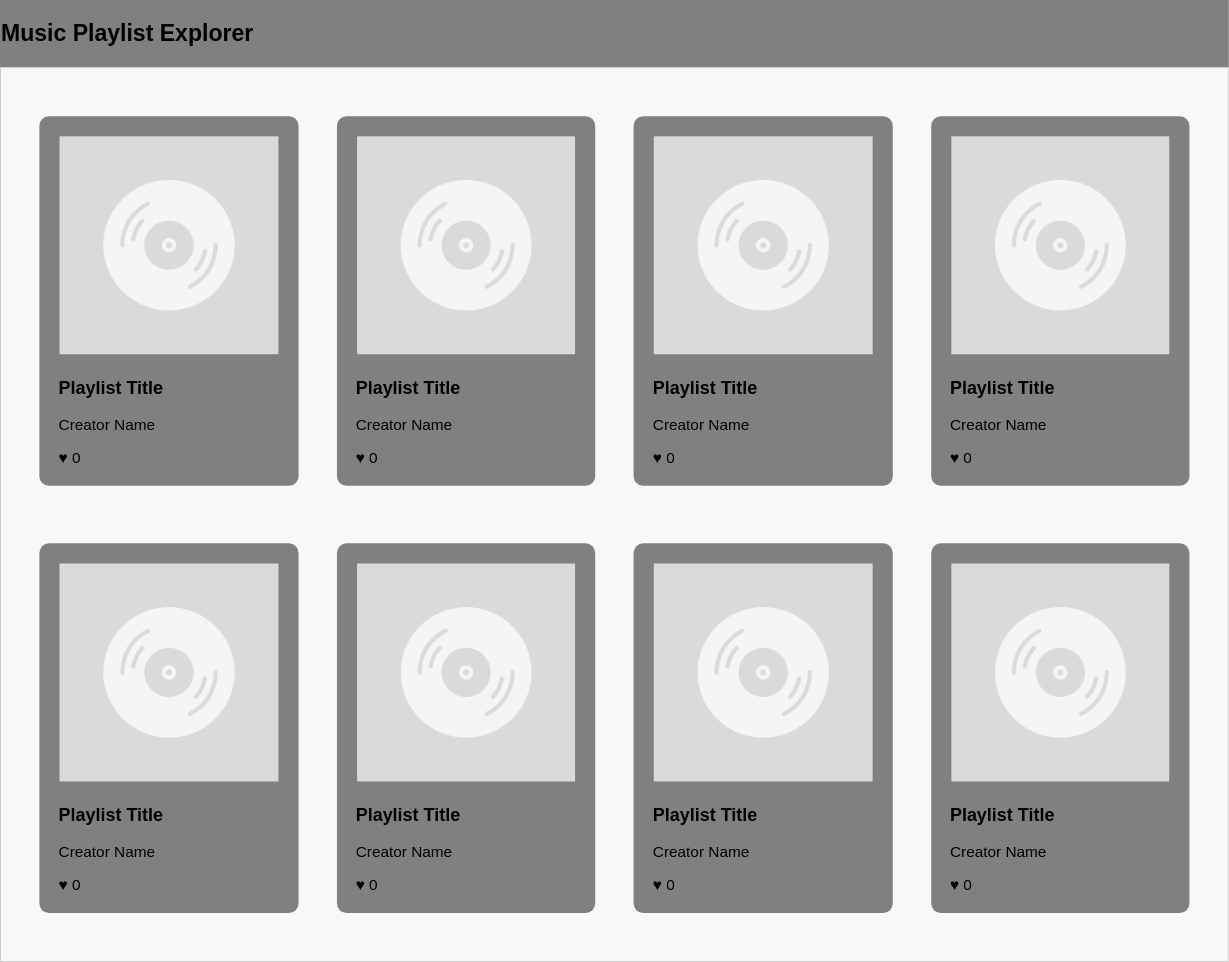
Repository: valentinaarojas/music-player-explorer
Page: index.html
The author's editor kept a copy of each file at every save. The page is drawn from the files as they stood at one save, then again after the next save.
The browser window is 1280 px wide. The pictures show the whole page, at 96% of full size.

Above is the page before, as saved 2025-02-18 18:46:53.
Console error: SyntaxError: Unexpected token '{'

After the next save:
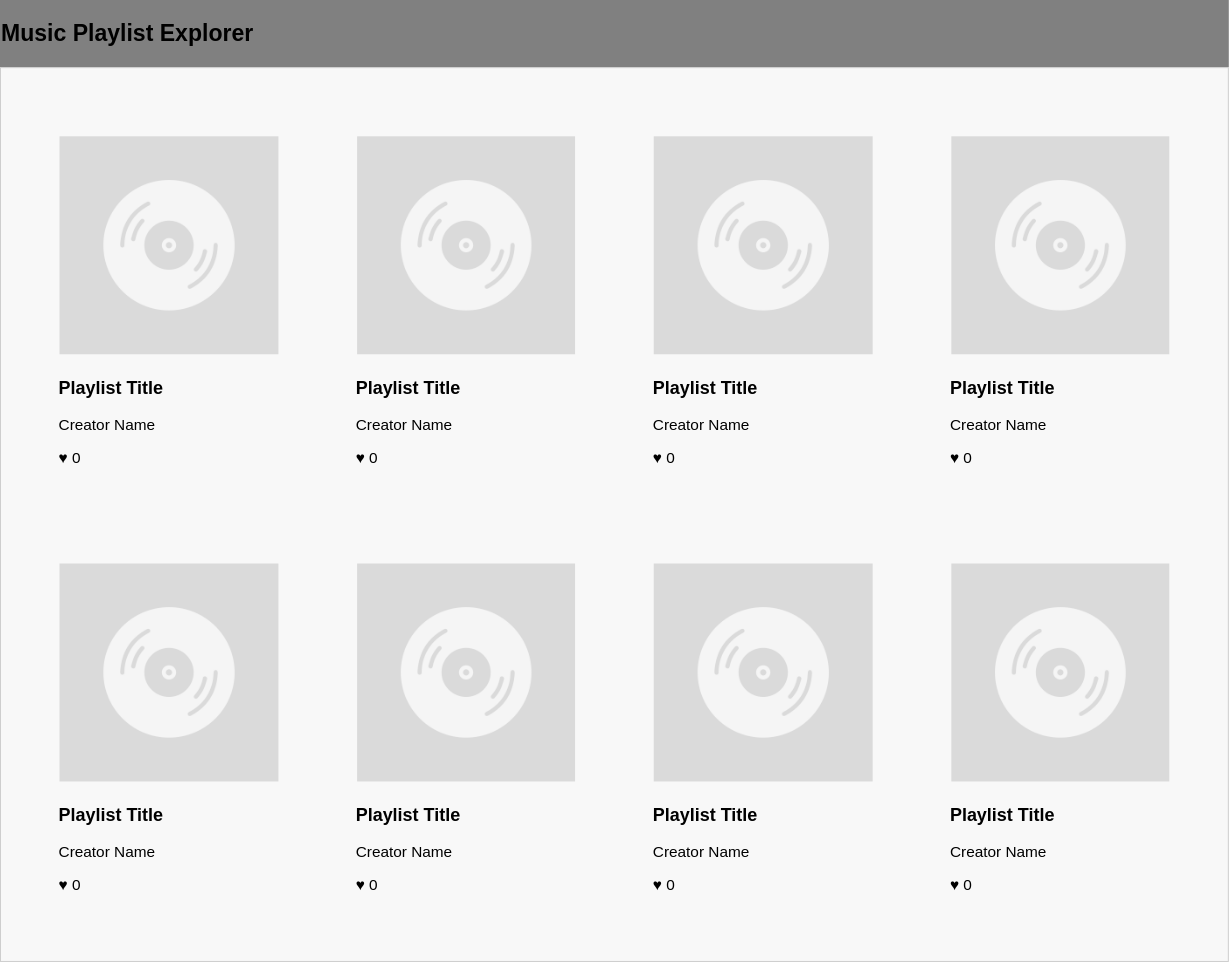
Saved 7 s later.
--- a/style.css
+++ b/style.css
@@ -21,7 +21,7 @@
     padding: 20px;
     margin: 30px 20px;
     border-radius: 10px;
-    background-color: grey;
+
 }
 
 .playlist-card .playlist-cover {

After the save that followed:
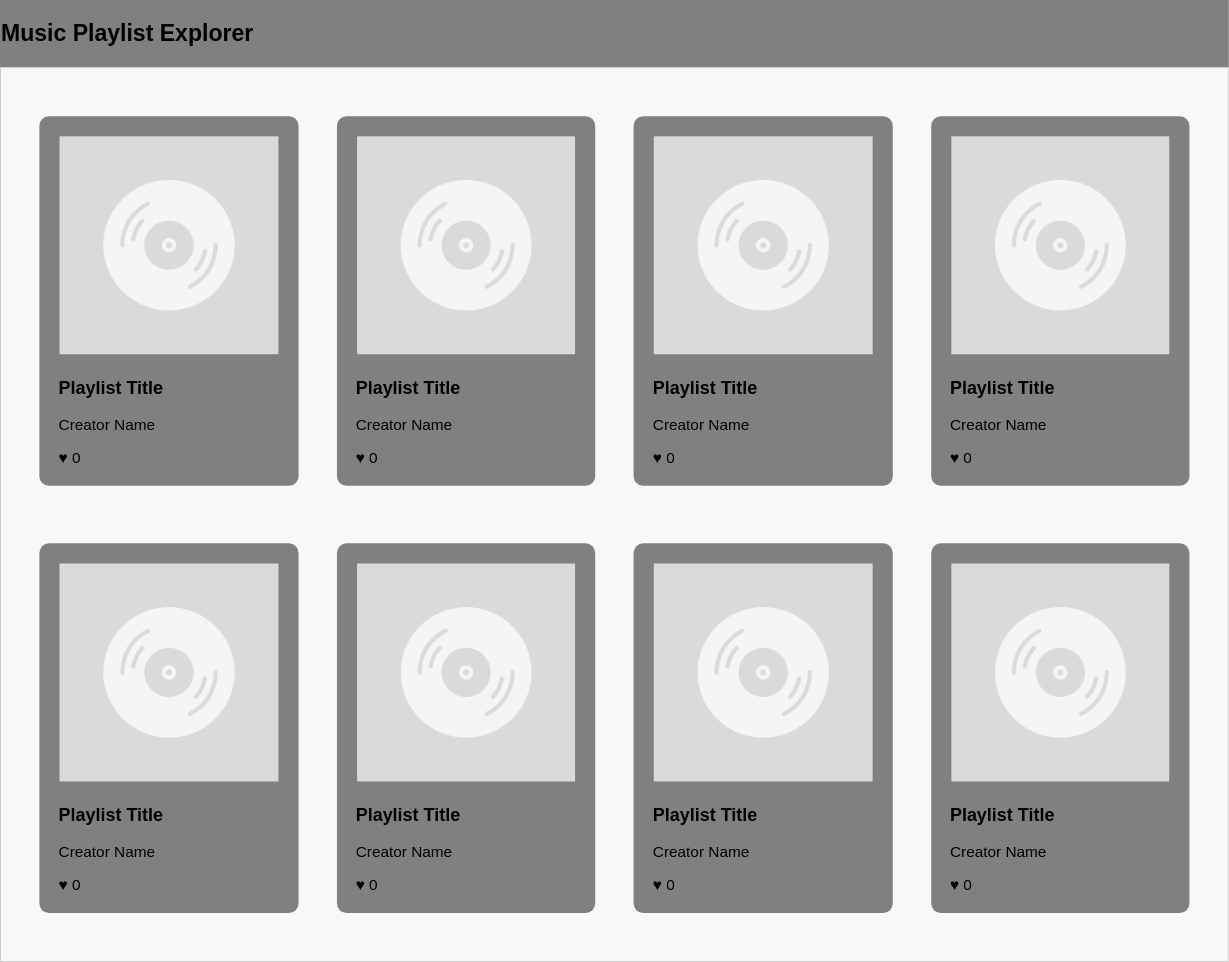
Saved 10 s later.
--- a/style.css
+++ b/style.css
@@ -21,7 +21,7 @@
     padding: 20px;
     margin: 30px 20px;
     border-radius: 10px;
-
+    background-color: grey;
 }
 
 .playlist-card .playlist-cover {
